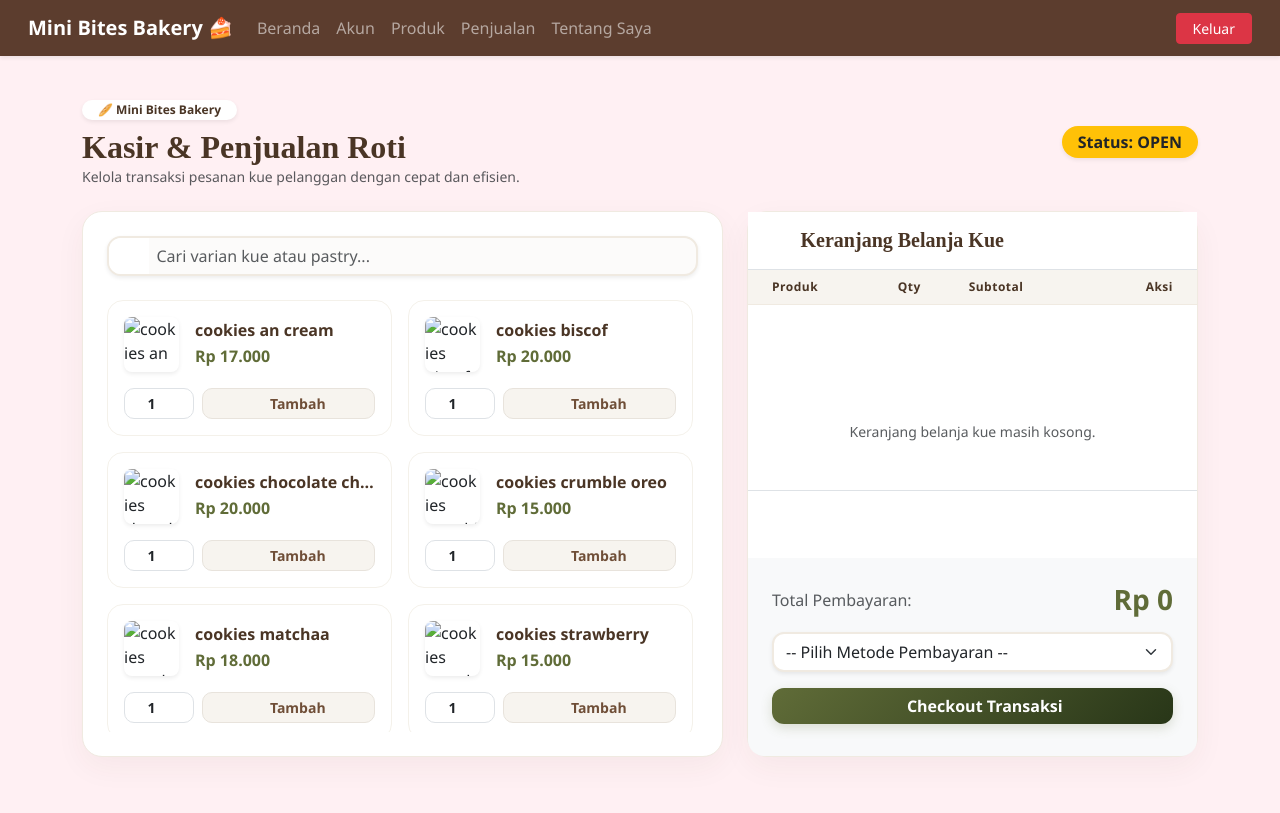
Repository: nzwaaulia/pos_nazwa
Page: http://localhost/penjualan/create
An editor plug-in stored every save of this project. The page is shown before and after the next save, followed by the edit.
The browser window is 1280 px wide. The pictures show the whole page.
Some web fonts or font styles are not loaded; a fallback is used. The page is served by the project's Laravel application, run on PHP 8.4 with Laravel 12. The first stored user is signed in. Style sheets and scripts are compiled from the project's sources, by tool versions that may differ from the author's. The database holds what the project's SQL file puts in it. Queries for data that is not in the repository find no rows.

Above is the page before, as saved 2026-09-11 13:02:52.

After the next save:
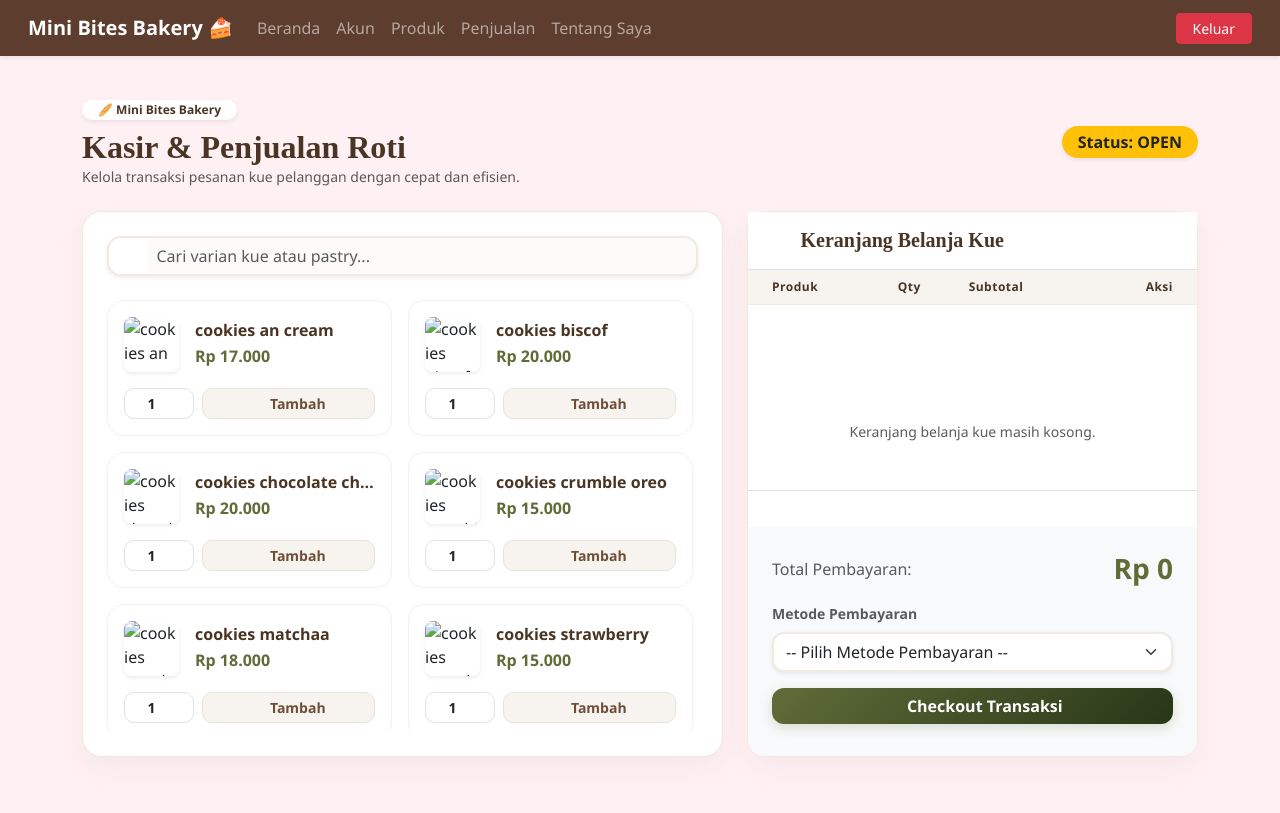
Saved 4 min 45 s later.
--- a/resources/views/penjualan/pos.blade.php
+++ b/resources/views/penjualan/pos.blade.php
@@ -243,7 +243,6 @@
                                         </td>
                                         <td class="fw-semibold text-success">Rp {{ number_format($item->subtotal, 0, ',', '.') }}</td>
                                         <td class="text-end pe-4">
-                                            <!-- Tombol Aksi Hapus yang sudah dibenarkan -->
                                             <form method="POST" action="{{ route('itempenjualan.destroy', $item->id) }}" class="d-inline" onsubmit="return confirm('Hapus item ini dari keranjang?')">
                                                 @csrf
                                                 @method('DELETE')
@@ -283,16 +282,35 @@
                         @if(isset($sale) && $sale)
                         <form method="POST"
                               action="{{ route('penjualan.update', $sale->id) }}"
-                              onsubmit="return confirm('Yakin ingin melanjutkan proses checkout pesanan kue?')" class="mb-2">
+                              onsubmit="return validatePayment()" class="mb-2">
                             @csrf
                             @method('PUT')
 
+                            <!-- Dropdown Pilih Metode Pembayaran -->
                             <div class="mb-3">
-                                <select name="payment_method" class="form-select shadow-sm" required style="border-radius: 12px; border: 2px solid #f0eae1;">
+                                <label class="form-label small fw-bold text-muted">Metode Pembayaran</label>
+                                <select name="payment_method" id="metode_pembayaran" class="form-select shadow-sm" required style="border-radius: 12px; border: 2px solid #f0eae1;" onchange="togglePaymentSection()">
                                     <option value="">-- Pilih Metode Pembayaran --</option>
                                     <option value="CASH">Cash (Tunai)</option>
                                     <option value="QRIS">QRIS</option>
                                 </select>
+                            </div>
+
+                            <!-- Section Input Uang Cash (Default Sembunyi) -->
+                            <div id="section-cash" class="d-none mb-3 p-3 rounded" style="background-color: #f7f4ef; border: 1px solid #e8e3dc;">
+                                <label class="form-label small fw-bold" style="color: var(--bakery-mocha);">Uang Diterima (Rp)</label>
+                                <input type="number" id="cash_given" name="cash_given" class="form-control mb-2 shadow-sm" placeholder="Contoh: 50000" style="border-radius: 10px;" oninput="calculateChange()">
+
+                                <div class="d-flex justify-content-between align-items-center mt-2">
+                                    <span class="small fw-bold text-muted">Kembalian:</span>
+                                    <span id="change_amount" class="fw-bold fs-5 text-success">Rp 0</span>
+                                </div>
+                            </div>
+
+                            <!-- Section QRIS (Default Sembunyi) -->
+                            <div id="section-qris" class="d-none mb-3 p-3 text-center rounded" style="background-color: #f7f4ef; border: 1px solid #e8e3dc;">
+                                <i class="bi bi-qr-code-scan fs-1 d-block mb-2" style="color: var(--bakery-mocha);"></i>
+                                <span class="small fw-bold text-muted">Silakan scan QRIS di meja kasir.</span>
                             </div>
 
                             <button type="submit" class="btn btn-checkout w-100 py-2.5 fw-semibold {{ optional($sale)->status === 'COMPLETED' ? 'disabled' : '' }}">
@@ -320,4 +338,72 @@
     </div>
 </div>
 
+<!-- JavaScript Logika Kasir & Interaksi Form -->
+<script>
+    const grandTotal = {{ optional($sale)->total_pembayaran ?? 0 }};
+
+    function togglePaymentSection() {
+        const methodElem = document.getElementById('metode_pembayaran');
+        if (!methodElem) return;
+
+        const method = methodElem.value;
+        const sectionCash = document.getElementById('section-cash');
+        const sectionQris = document.getElementById('section-qris');
+        const inputCash = document.getElementById('cash_given');
+
+        if (method === 'CASH') {
+            sectionCash.classList.remove('d-none');
+            sectionQris.classList.add('d-none');
+            inputCash.required = true;
+        } else if (method === 'QRIS') {
+            sectionQris.classList.remove('d-none');
+            sectionCash.classList.add('d-none');
+            inputCash.required = false;
+        } else {
+            sectionCash.classList.add('d-none');
+            sectionQris.classList.add('d-none');
+            inputCash.required = false;
+        }
+    }
+
+    function calculateChange() {
+        const cashGivenInput = document.getElementById('cash_given');
+        if (!cashGivenInput) return;
+
+        const cashGiven = parseFloat(cashGivenInput.value) || 0;
+        const change = cashGiven - grandTotal;
+        const changeDisplay = document.getElementById('change_amount');
+
+        if (change >= 0) {
+            changeDisplay.textContent = 'Rp ' + new Intl.NumberFormat('id-ID').format(change);
+            changeDisplay.classList.remove('text-danger');
+            changeDisplay.classList.add('text-success');
+        } else {
+            changeDisplay.textContent = 'Kurang Rp ' + new Intl.NumberFormat('id-ID').format(Math.abs(change));
+            changeDisplay.classList.remove('text-success');
+            changeDisplay.classList.add('text-danger');
+        }
+    }
+
+    function validatePayment() {
+        const methodElem = document.getElementById('metode_pembayaran');
+        if (!methodElem) return true;
+
+        const method = methodElem.value;
+        if (method === 'CASH') {
+            const cashGiven = parseFloat(document.getElementById('cash_given').value) || 0;
+            if (cashGiven < grandTotal) {
+                alert('Uang pembayaran kurang dari total tagihan!');
+                return false;
+            }
+        }
+        return confirm('Yakin ingin melanjutkan proses checkout pesanan kue?');
+    }
+
+    // Panggil fungsi saat dokumen selesai dimuat untuk sinkronisasi state awal
+    document.addEventListener('DOMContentLoaded', function() {
+        togglePaymentSection();
+    });
+</script>
+
 @endsection
